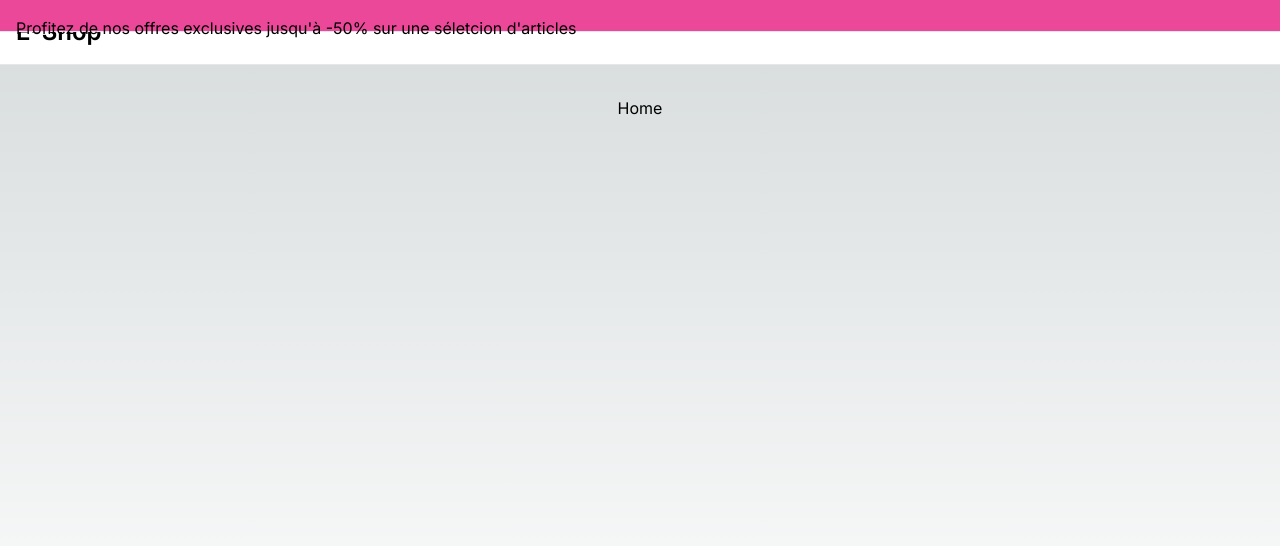
Repository: SDlevelUp/e-shop
Page: /
An editor plug-in stored every save of this project. The page is shown before and after a run of saves, followed by the edit.
The browser window is 1280 px wide. The pictures show the whole page.
The project was rebuilt for these pictures with package versions that can differ from the ones it lists, and the page was loaded fresh each time. The framework's server and built-in components were replaced by stand-ins that run in the browser. Also part of the build but not shown: next.config.js.

Above is the page before, as saved 2023-08-29 09:00:04.

After the next 2 saves:
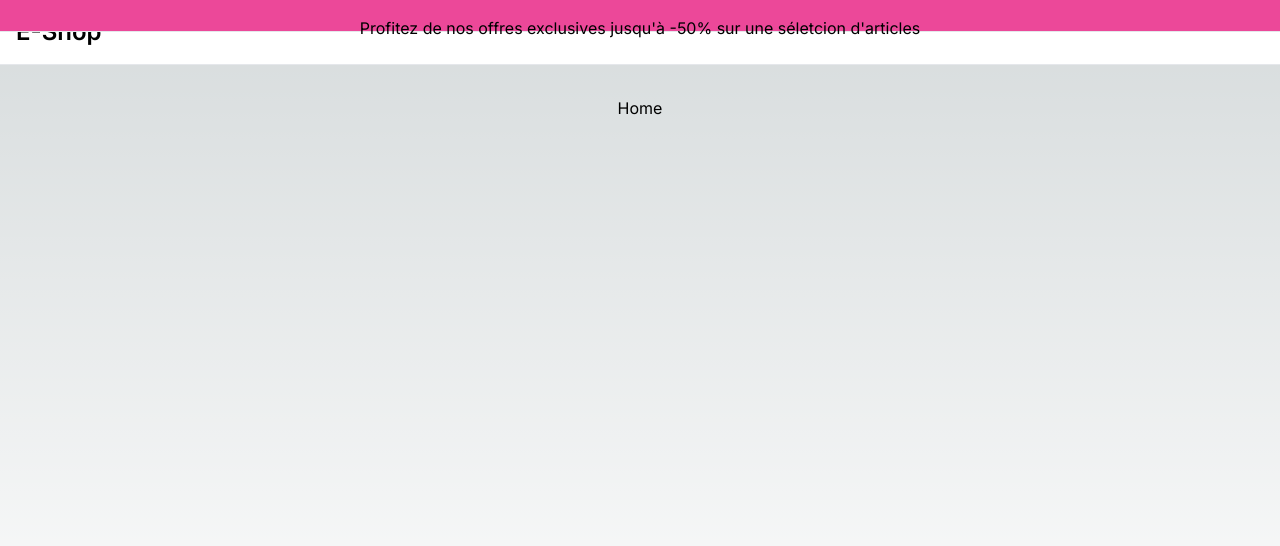
The 2 saves are shown as one change because they came seconds apart.
The last was saved 30 s later.
--- a/src/components/Banner/Banner.jsx
+++ b/src/components/Banner/Banner.jsx
@@ -4,7 +4,7 @@ export default function Banner() {
     return (
         <>
             <nav className="bg-pink-500 z-20 fixed w-full top-0 left-0 border-b border-gray-200 h-8">
-                <div className="max-w-screen-xl flex flex-wrap items-center justify-between mx-auto p-4">
+                <div className="max-w-screen-xl flex flex-wrap items-center justify-center mx-auto p-4">
                     <span className="items-center justify-center">
 
                         Profitez de nos offres exclusives jusqu'à -50% sur une séletcion d'articles
